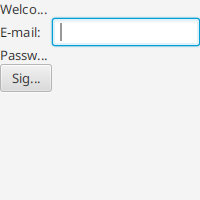
Repository: angelalvess/java-fx
Program's window: java javafx/src/fxml/AppFXML.java
These files come from the project's save history. The program's window is drawn as it stood at one moment and after a run of saves; the edit follows.
It runs on Java 21 on a 1366 x 768 screen with JavaFX 11; the title bar is not drawn.

Above is the program's window before, as saved 2025-02-03 15:06:28.

### javafx/src/fxml/AppFXML.java
package fxml;

import java.net.URL;

import javafx.application.Application;
import javafx.fxml.FXMLLoader;
import javafx.scene.Scene;
import javafx.scene.layout.GridPane;
import javafx.stage.Stage;

public class AppFXML extends Application {

	@Override
	public void start(Stage primaryStage) throws Exception {
		URL fileFXML = getClass().getResource("/fxml/Login.fxml");
		GridPane raiz = FXMLLoader.load(fileFXML);

		Scene sceneOne= new Scene(raiz, 200,200);

		primaryStage.setResizable(false);

		primaryStage.setScene(sceneOne);
		primaryStage.show();
	}

	public static void main(String[] args) {
		launch(args);
	}
}

### javafx/src/fxml/Login.fxml
<?xml version="1.0" encoding="UTF-8"?>

<?import javafx.scene.layout.*?>
<?import javafx.scene.control.*?>

<GridPane xmlns:fx="http://javafx.com/fxml/1">

	<Label text="Welcome"
	 GridPane.columnIndex="0" GridPane.rowIndex="0"
	 ></Label>

	<Label text="E-mail: "  GridPane.columnIndex="0" GridPane.rowIndex="1" ></Label>
	<TextField  GridPane.columnIndex="1" GridPane.rowIndex="1"></TextField>
	<Label text="Password: "  GridPane.columnIndex="0" GridPane.rowIndex="2" ></Label>
	<Button text="Sign In"  GridPane.columnIndex="0" GridPane.rowIndex="3" ></Button>
</GridPane>

After the next 4 saves:
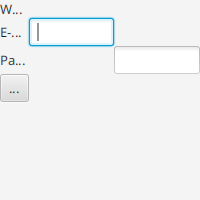
The 4 saves are shown as one change because 3 did not build or start.
The last was saved 89 s later.
--- a/javafx/src/fxml/Login.fxml
+++ b/javafx/src/fxml/Login.fxml
@@ -11,6 +11,9 @@
 
 	<Label text="E-mail: "  GridPane.columnIndex="0" GridPane.rowIndex="1" ></Label>
 	<TextField  GridPane.columnIndex="1" GridPane.rowIndex="1"></TextField>
+
+
 	<Label text="Password: "  GridPane.columnIndex="0" GridPane.rowIndex="2" ></Label>
+		<PasswordField GridPane.columnIndex="2" GridPane.rowIndex="2"></PasswordField>
 	<Button text="Sign In"  GridPane.columnIndex="0" GridPane.rowIndex="3" ></Button>
 </GridPane>
